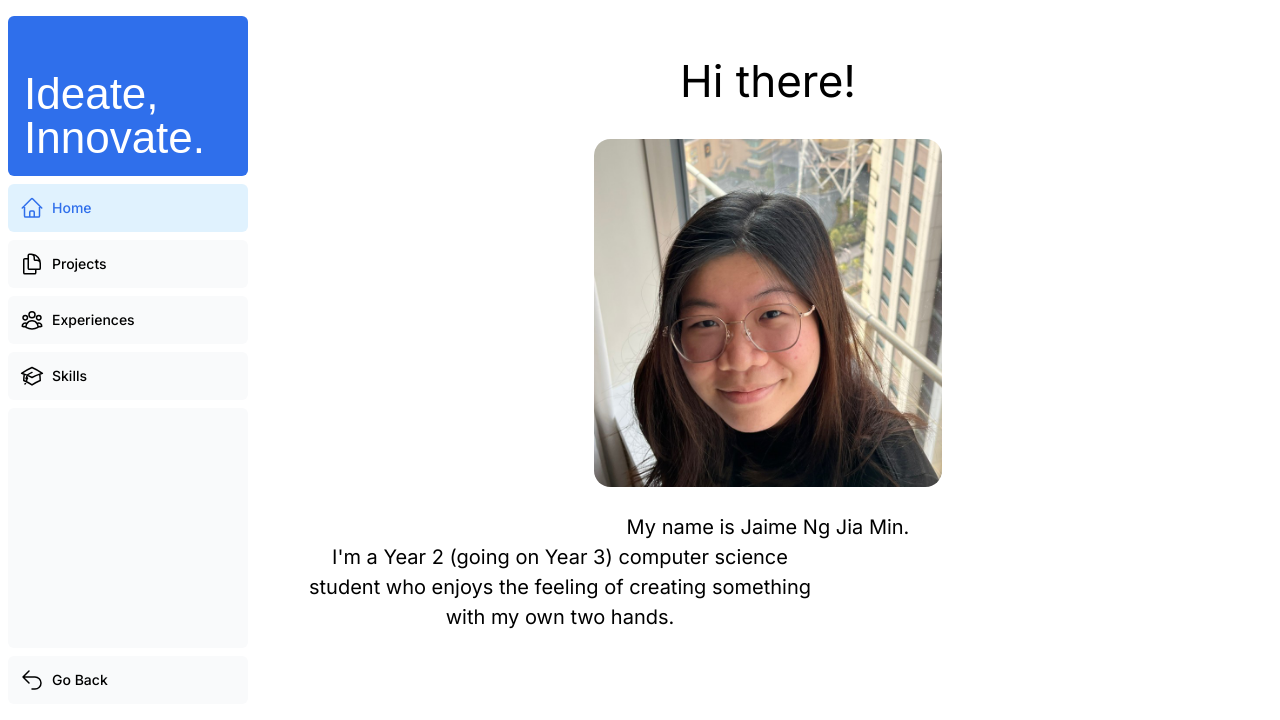
Repository: ThatGirlJam/jaime-portfolio
Page: /dashboard
An editor plug-in stored every save of this project. The page is shown before and after the next save, followed by the edit.
The browser window is 1280 px wide. The pictures show the whole page.
Some web fonts or font styles are not loaded; a fallback is used. The project was rebuilt for these pictures with package versions that can differ from the ones it lists, and the page was loaded fresh each time. The framework's server and built-in components were replaced by stand-ins that run in the browser. Also part of the build but not shown: next.config.js.

Above is the page before, as saved 2024-04-10 00:27:45.

After the next save:
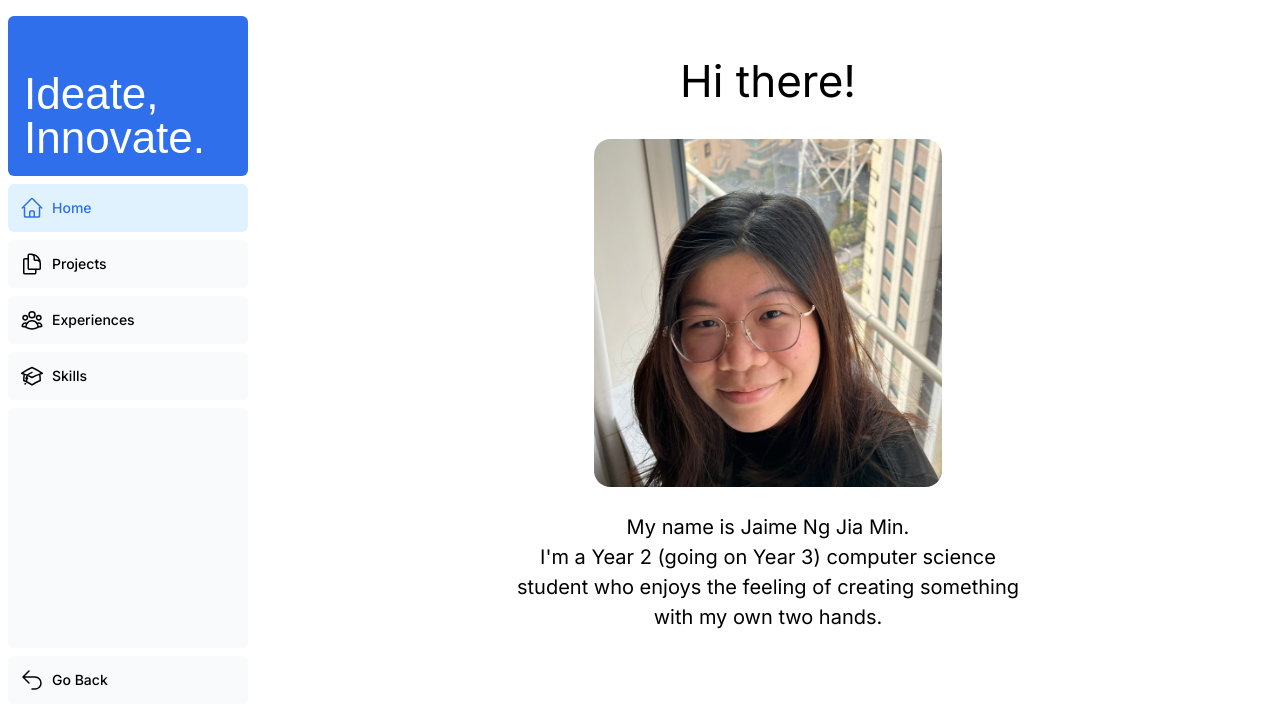
Saved 14 s later.
--- a/app/dashboard/page.tsx
+++ b/app/dashboard/page.tsx
@@ -12,28 +12,27 @@ export default function Page() {
   };
 
   return (
-    <div>
-      <p className="text-[44px] text-center"> Hi there! </p>
+    <div className="text-center"> {/* Apply text-center class to center-align all content */}
+      <p className="text-[44px]"> Hi there! </p>
       <br/>
 
       <div style={divStyle}>
         <Image
-                src="/jaime-linkedin-photo.jpeg"
-                width={350}
-                height={350}
-                style={imageStyle}
-                alt="Screenshots of jaime linkedin photo"
-              />
-        </div>
-        <br/>
+          src="/jaime-linkedin-photo.jpeg"
+          width={350}
+          height={350}
+          style={imageStyle}
+          alt="Screenshots of jaime linkedin photo"
+        />
+      </div>
+      <br/>
 
-        <p className="text-[20px] text-center"> My name is Jaime Ng Jia Min. </p>
-        <div className="max-w-lg">
-          <p className="text-[20px] text-center">
-            I'm a Year 2 (going on Year 3) computer science student who enjoys the feeling of creating something with my own two hands.
-
-          </p>
-        </div>
+      <p className="text-[20px]"> My name is Jaime Ng Jia Min. </p>
+      <div className="max-w-lg mx-auto"> {/* Apply mx-auto class to horizontally center the div */}
+        <p className="text-[20px]">
+          I'm a Year 2 (going on Year 3) computer science student who enjoys the feeling of creating something with my own two hands.
+        </p>
+      </div>
     </div>
   );
 }
